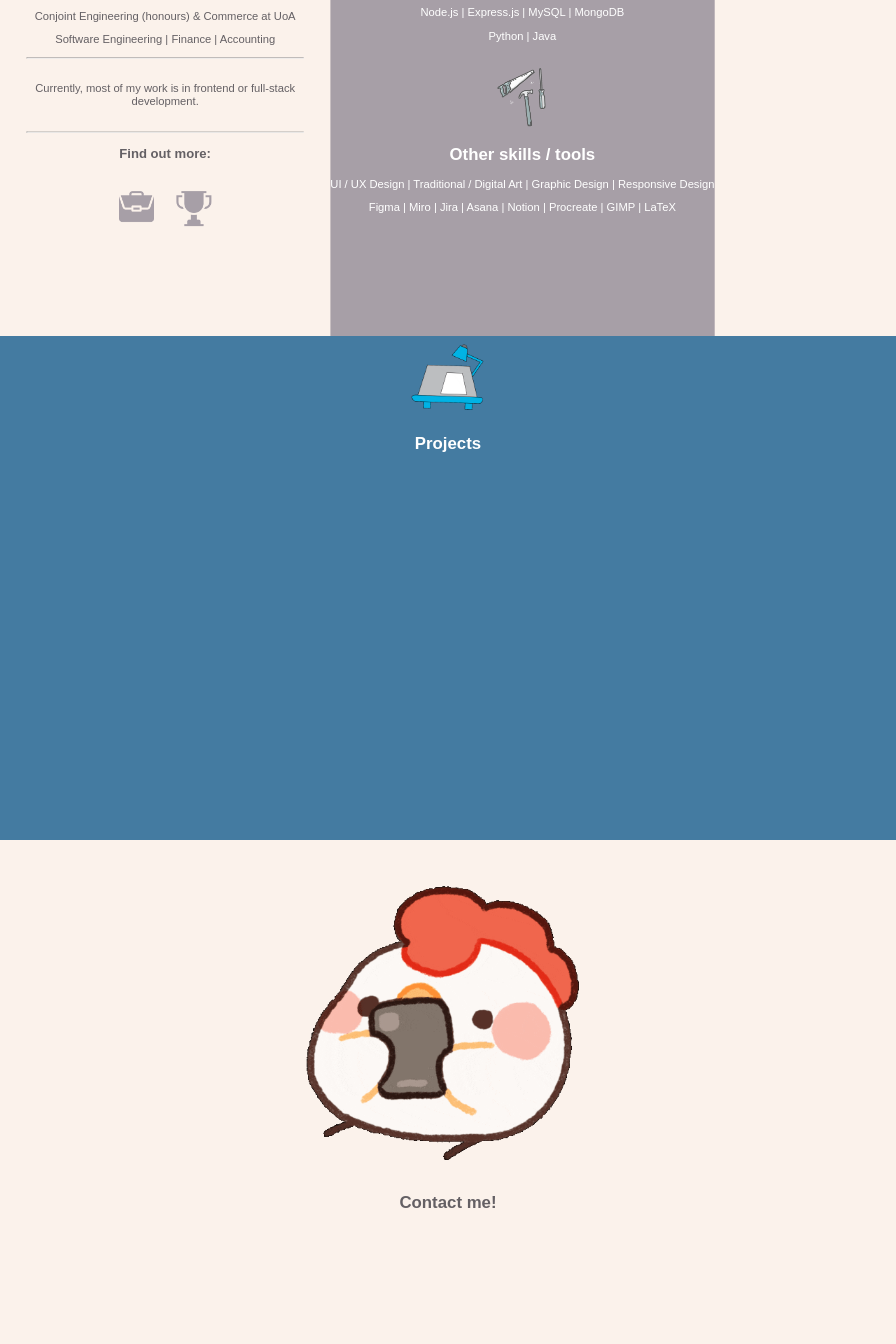
Repository: lukisoo/lukisoo-portfolio
Page: /
These files come from the project's save history. The page is drawn as it stood at one moment and after the next save; the edit follows.
The browser window is 1280 px wide. The pictures show the part of the page from y = 960 to 2880 px (the page is 2880 px tall), at 70% of full size.
The project was rebuilt for these pictures with package versions that can differ from the ones it lists, and the page was loaded fresh each time.

Above is the page before, as saved 2022-07-31 15:06:38.

### public/index.html
<!DOCTYPE html>
<html lang="en">
  <head>
    <meta charset="utf-8" />
    <link rel="icon" href="%PUBLIC_URL%/favicon.ico" />
    <meta name="viewport" content="width=device-width, initial-scale=1" />
    <meta name="theme-color" content="#000000" />
    <meta
      name="description"
      content="Web site created using create-react-app"
    />
    <link rel="apple-touch-icon" href="%PUBLIC_URL%/logo192.png" />
    <!--
      manifest.json provides metadata used when your web app is installed on a
      user's mobile device or desktop. See https://developers.google.com/web/fundamentals/web-app-manifest/
    -->
    <link rel="manifest" href="%PUBLIC_URL%/manifest.json" />
    <!--
      Notice the use of %PUBLIC_URL% in the tags above.
      It will be replaced with the URL of the `public` folder during the build.
      Only files inside the `public` folder can be referenced from the HTML.

      Unlike "/favicon.ico" or "favicon.ico", "%PUBLIC_URL%/favicon.ico" will
      work correctly both with client-side routing and a non-root public URL.
      Learn how to configure a non-root public URL by running `npm run build`.
    -->
    <title>Lucy Zhu's Portfolio</title>
  </head>
  <body>
    <noscript>You need to enable JavaScript to run this app.</noscript>
    <div id="root"></div>
    <!--
      This HTML file is a template.
      If you open it directly in the browser, you will see an empty page.

      You can add webfonts, meta tags, or analytics to this file.
      The build step will place the bundled scripts into the <body> tag.

      To begin the development, run `npm start` or `yarn start`.
      To create a production bundle, use `npm run build` or `yarn build`.
    -->
  </body>
</html>

### src/index.js
import React from "react";
import {
  BrowserRouter as Router,
  Route,
  BrowserRouter,
} from "react-router-dom";
import ReactDOM from "react-dom/client";
import "./index.css";
import App from "./App";
import reportWebVitals from "./reportWebVitals";

const root = ReactDOM.createRoot(document.getElementById("root"));
root.render(
  <React.StrictMode>
    <BrowserRouter>
        <App />
    </BrowserRouter>
  </React.StrictMode>
);

// If you want to start measuring performance in your app, pass a function
// to log results (for example: reportWebVitals(console.log))
// or send to an analytics endpoint. Learn more: https://bit.ly/CRA-vitals
reportWebVitals();

### src/index.css
@import url('https://fonts.googleapis.com/css2?family=Source+Sans+Pro:ital,wght@0,200;0,300;0,400;0,600;0,700;0,900;1,200;1,300;1,400;1,600;1,700;1,900&display=swap');

body {
  margin: 0;
  /* font-family: -apple-system, BlinkMacSystemFont, 'Segoe UI', 'Roboto', 'Oxygen',
    'Ubuntu', 'Cantarell', 'Fira Sans', 'Droid Sans', 'Helvetica Neue',
    sans-serif; */
    font-family: arial;
  -webkit-font-smoothing: antialiased;
  -moz-osx-font-smoothing: grayscale;
  background-color: #447BA1;
  color: white;
  /* font-family: 'Source Sans Pro', sans-serif; */
  overflow-x: hidden;
}

code {
  font-family: source-code-pro, Menlo, Monaco, Consolas, 'Courier New',
    monospace;
}

a {
  text-decoration: none;
}

### src/App.js
import "./App.css";

import { Link } from "react-router-dom";
import { Tooltip, Grid } from "@mui/material";

import ProfilePhoto from "./images/header/profile-photo.png";
import LinkedinLogo from "./images/header/linkedin-logo.png";
import GithubLogo from "./images/header/github-logo.png";
import ExperienceLogo from "./images/about-me/experience.png";
import AchievementsLogo from "./images/about-me/achievements.png";

import Laptop from "./images/about-me/laptop.gif";
import Tools from "./images/about-me/tools.gif";
import Projects from "./images/projects-section/projects.gif";
import Contact from "./images/contact/contact.gif";

function App() {
  return (
    <div className="App">
      <header className="full-section">
        <div className="header-image">
          <img
            src={ProfilePhoto}
            className="profile-photo"
            alt="Profile Photo"
          />
        </div>

        <div className="header-content">
          <Grid container spacing={3}>
            <Grid item xs={12} md={12}>
              <h2>Hey there, I'm Lucy Zhu.</h2>
            </Grid>
            <Grid item xs={12} md={12}>
              <Tooltip title="LinkedIn">
                <a href="https://www.linkedin.com/in/lucyzhu613/">
                  <img
                    src={LinkedinLogo}
                    className="social-logo"
                    alt="Linkedin Logo"
                  />
                </a>
              </Tooltip>
              <Tooltip title="Github">
                <a href="https://github.com/lukisoo">
                  <img
                    src={GithubLogo}
                    className="social-logo"
                    alt="Github Logo"
                  />
                </a>
              </Tooltip>
            </Grid>
            <Grid item xs={12} md={12}>
              <hr className="header-divider" />
            </Grid>
            <Grid item xs={12} md={4}>
              <a href="#about-me-section">
                <div className="box-1">
                  <div className="btn btn-one">
                    <span>ABOUT ME</span>
                  </div>
                </div>
              </a>
            </Grid>
            <Grid item xs={12} md={4}>
              <a href="#projects-section">
                <div className="box-1">
                  <div className="btn btn-one">
                    <span>PROJECTS</span>
                  </div>
                </div>
              </a>
            </Grid>
            <Grid item xs={12} md={4}>
              <a href="#contact-section">
                <div className="box-1">
                  <div className="btn btn-one">
                    <span>CONTACT</span>
                  </div>
                </div>
              </a>
            </Grid>
          </Grid>
        </div>
      </header>

      <section id="about-me-section" className="full-section">
        <div className="about-me-content">
          <Grid container spacing={0}>
            <Grid item xs={12} md={4}>
              <div className="about-me-left">
                <div className="details-content">
                  <h1>About me!</h1>
                  <img
                    src={ProfilePhoto}
                    className="profile-photo"
                    alt="Profile Photo"
                  />
                  <p>Conjoint Engineering (honours) & Commerce at UoA</p>
                  <p>Software Engineering | Finance | Accounting</p>
                  <hr />
                  <p>
                    <br />
                    Currently, most of my work is in frontend or full-stack
                    development.
                    <br /><br/>
                  </p>
                  <hr />
                  <h3>Find out more:</h3>
                  <div className="about-me-logo-section">
                    <Tooltip title="Experience">
                      <img
                        src={ExperienceLogo}
                        className="about-me-logo"
                        alt="Experience Logo"
                      />
                    </Tooltip>
                    <Tooltip title="Achievements">
                      <img
                        src={AchievementsLogo}
                        className="about-me-logo"
                        alt="Achievements Logo"
                      />
                    </Tooltip>
                  </div>
                </div>
              </div>
            </Grid>
            <Grid item xs={12} md={8}>
              <div className="about-me-right">
                <div className="skills-content">
                  <img src={Laptop} className="laptop-gif" alt="Laptop" />
                  <h2>Technologies</h2>
                  <p>React | Next.js | HTML | Javascript | CSS</p>
                  <p>
                    Bootstrap | Material UI | Tailwind CSS | Chakra UI | Ant
                    Design
                  </p>
                  <p>Node.js | Express.js | MySQL | MongoDB</p>
                  <p>Python | Java</p>
                  <br />
                  <img src={Tools} className="tools-gif" alt="Tools" />
                  <h2>Other skills / tools</h2>
                  <p>
                    UI / UX Design | Traditional / Digital Art | Graphic Design
                    | Responsive Design
                  </p>
                  <p>
                    Figma | Miro | Jira | Asana | Notion | Procreate | GIMP |
                    LaTeX
                  </p>
                </div>
              </div>
            </Grid>
          </Grid>
        </div>
      </section>

      <section id="projects-section" className="full-section">
        <div>
        <img src={Projects} className="projects-gif" alt="Projects"/>
          <h1>Projects</h1>
          <Grid container spacing={2}>
            <Grid item xs={6} md={8}></Grid>
            <Grid item xs={6} md={4}></Grid>
            <Grid item xs={6} md={4}></Grid>
            <Grid item xs={6} md={8}></Grid>
          </Grid>
        </div>
      </section>

      <section id="contact-section" className="full-section">
        <div className="contact-content">
        <img src={Contact} className="contact-gif" alt="Paper Plane - Contact"/>
          <h1>Contact me!</h1>
          <Grid container spacing={2}>
            <Grid item xs={6} md={8}></Grid>
            <Grid item xs={6} md={4}></Grid>
            <Grid item xs={6} md={4}></Grid>
            <Grid item xs={6} md={8}></Grid>
          </Grid>
        </div>
      </section>
    </div>
  );
}

export default App;

### src/App.css
.App {
  text-align: center;
  margin: 0;
}

/* Section Content */
.full-section {
  height: 100vh;
  width: 100vw;
}

/* Buttons */
.box-1 {
  /* background-color: hsl(0, 100%, 70%);  */
  width: 250px;
  margin: auto;
}

.btn {
	line-height: 50px;
	height: 50px;
	text-align: center;
	width: 250px;
	cursor: pointer;
}

.btn-one {
	color: #FFF;
	transition: all 0.3s;
	position: relative;
}
.btn-one span {
	transition: all 0.3s;
}
.btn-one::before {
	content: '';
	position: absolute;
	bottom: 0;
	left: 0;
	width: 100%;
	height: 100%;
	z-index: 1;
	opacity: 0;
	transition: all 0.3s;
	border-top-width: 1px;
	border-bottom-width: 1px;
	border-top-style: solid;
	border-bottom-style: solid;
	border-top-color: rgba(255,255,255,0.5);
	border-bottom-color: rgba(255,255,255,0.5);
	transform: scale(0.1, 1);
}
.btn-one:hover span {
	letter-spacing: 2px;
}
.btn-one:hover::before {
	opacity: 1;
	transform: scale(1, 1);
}
.btn-one::after {
	content: '';
	position: absolute;
	bottom: 0;
	left: 0;
	width: 100%;
	height: 100%;
	z-index: 1;
	transition: all 0.3s;
	background-color: rgba(255,255,255,0.1);
}
.btn-one:hover::after {
	opacity: 0;
	transform: scale(0.1, 1);
}

/* Header CSS */
.header-content {
  width: 60vw;
  height: 70vh;
  margin: 0 auto 0 auto;
  margin-top: 2vh;
  /* background-color: red; */
}

.header-divider {
  color: white;
  border-width: 2px;
}

.header-image {
  background: linear-gradient(180deg, #FBF2EB 50%, #ffffff00 50%);
  border-top: 13vh solid #FBF2EB;
  width: 100vw;
  height: auto;
}

.profile-photo {
  width: 10vw;
  height: auto;
}

.social-logo {
  width: 40px;
  height: auto;
  padding: 0 1% 0 1%;
}

.social-logo:hover {
  opacity: 0.8;
  cursor: pointer;
}

/* About Me CSS */
#about-me-section {
  background-color: #FBF2EB;
}

.about-me-content {
  height: 100vh;
  width: 100vw;
}

.about-me-logo-section {
  /* height: 100px; */
}

.about-me-logo {
  width: 50px;
  margin: 5% 3% 0 3%;
  padding: 1%;
}

.about-me-logo:hover {
  border-radius: 15px;
  /* border: 1px solid #A79FA7; */
  opacity: 0.8;
  cursor: pointer;
}

.about-me-left {

}

.details-content {
  padding: 8% 8% 8% 8%;
  color: #646064;
}

.about-me-right {
  background-color: #A79FA7;
  height: 100vh;

}

.skills-content {
  padding: 5% 0 5% 0;
}

.laptop-gif {
  width: 8vw;
}

.tools-gif {
  width: 6vw;
}

/* Projects CSS */
.projects-gif {
  width: 9vw;
}

/* Contact CSS */

#contact-section {
  background-color: #FBF2EB;
}

.contact-content {
  color: #646064;
}

Loaded but not shown: src/reportWebVitals.js (common file)

After the next save:
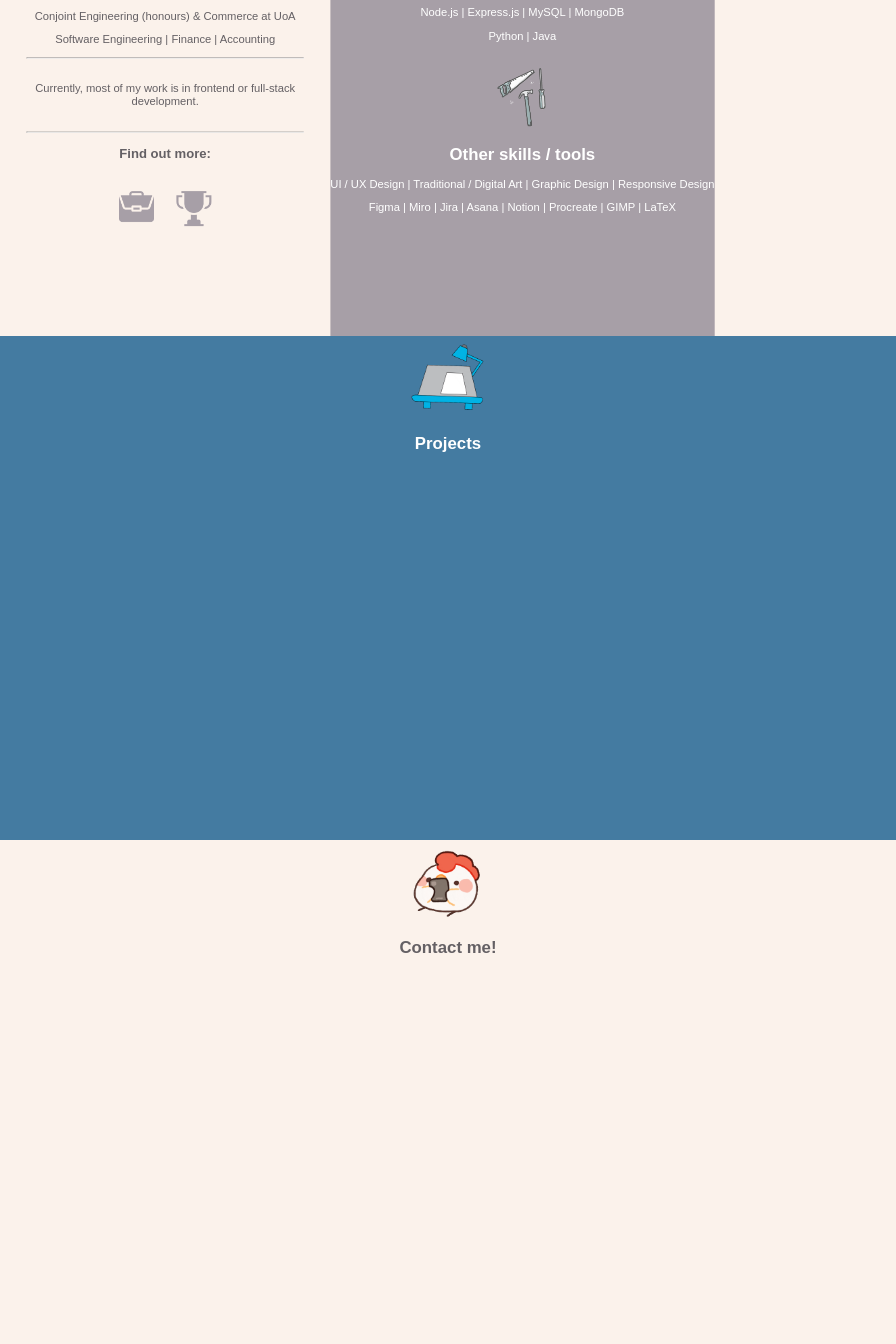
Saved 14 s later.
--- a/src/App.css
+++ b/src/App.css
@@ -178,3 +178,7 @@
 .contact-content {
   color: #646064;
 }
+
+.contact-gif {
+  width: 9vw;
+}
